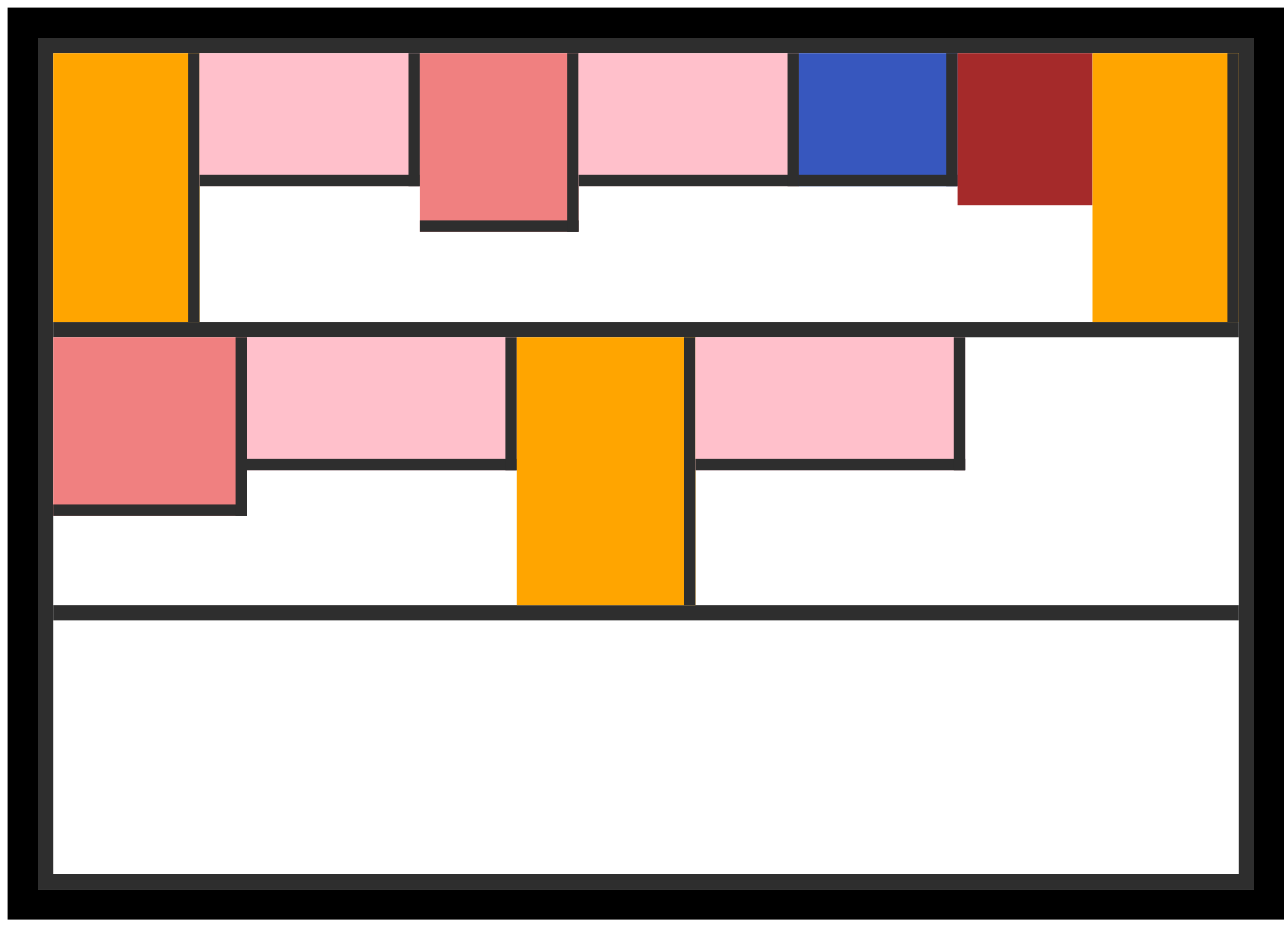
Repository: Tsardines/mondrian
Page: index.html
An editor plug-in stored every save of this project. The page is shown before and after the next save, followed by the edit.
The browser window is 1280 px wide. The page is 1352 px wide, so the pictures cover 1352 px, including what lies to the right of the window. The pictures show the whole page, at 95% of full size.
Some web fonts or font styles are not loaded; a fallback is used.

Above is the page before, as saved 2019-10-20 16:44:22.

After the next save:
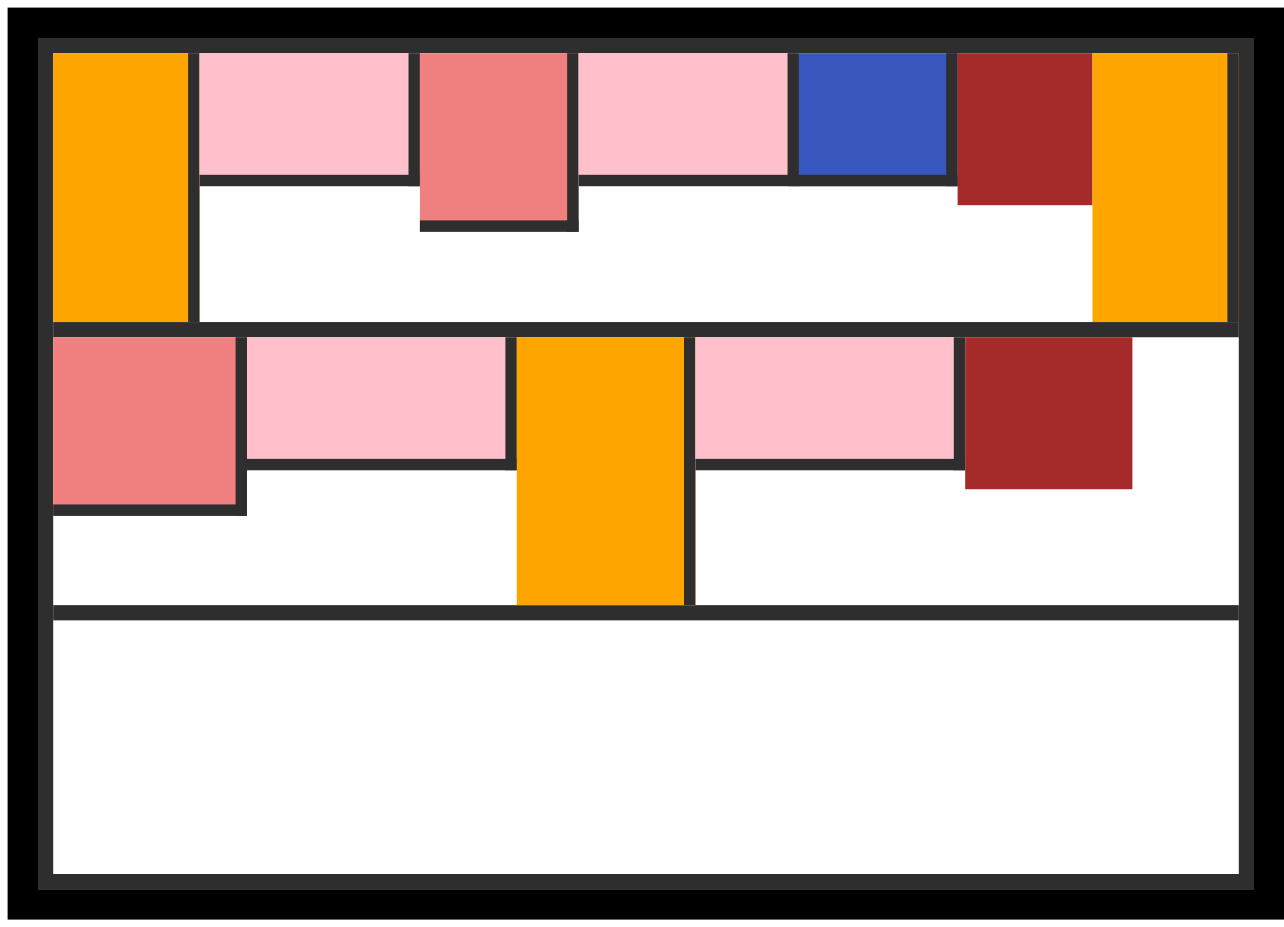
Saved 11 s later.
--- a/index.html
+++ b/index.html
@@ -35,7 +35,7 @@
                     <div class="rect--vert"></div>
                     <div class="rect--hori"></div>
                     <div class="rect--hori--mini"></div>
-                    <div class="sq"></div>
+                    <div class="sq--sm"></div>
 
 
 
